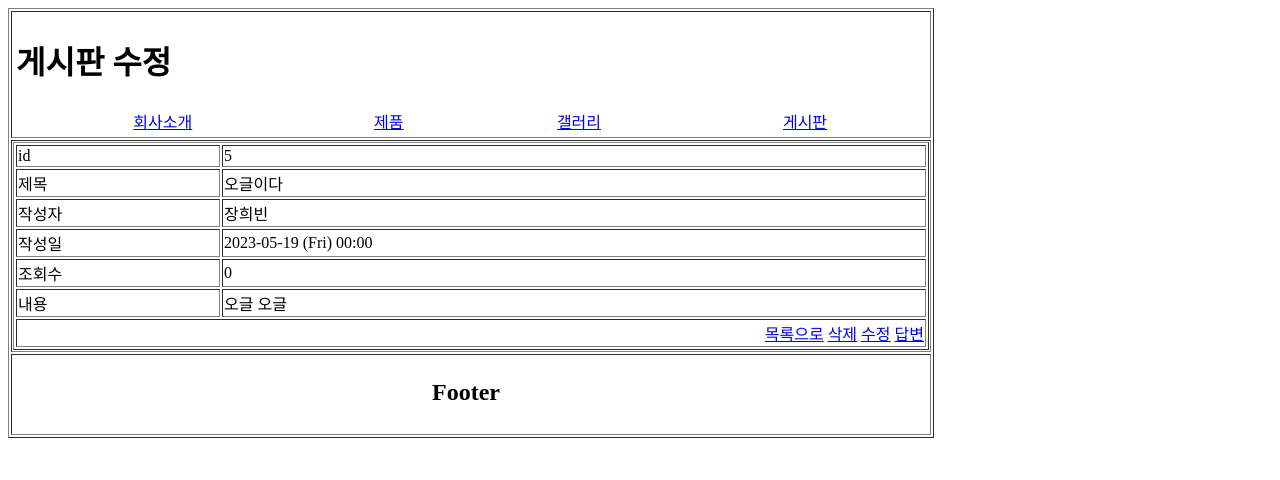
Repository: codingslave2/javaworks2
Page: http://localhost/mvcProj/board/BModifyForm?id=5
These files come from the project's save history. The page is drawn as it stood at one moment and after the next save; the edit follows.
The browser window is 1280 px wide. The pictures show the whole page.
The page is served by Tomcat 9. The database holds what the project's SQL file puts in it.

Above is the page before, as saved 2023-08-04 06:53:55.

After the next save:
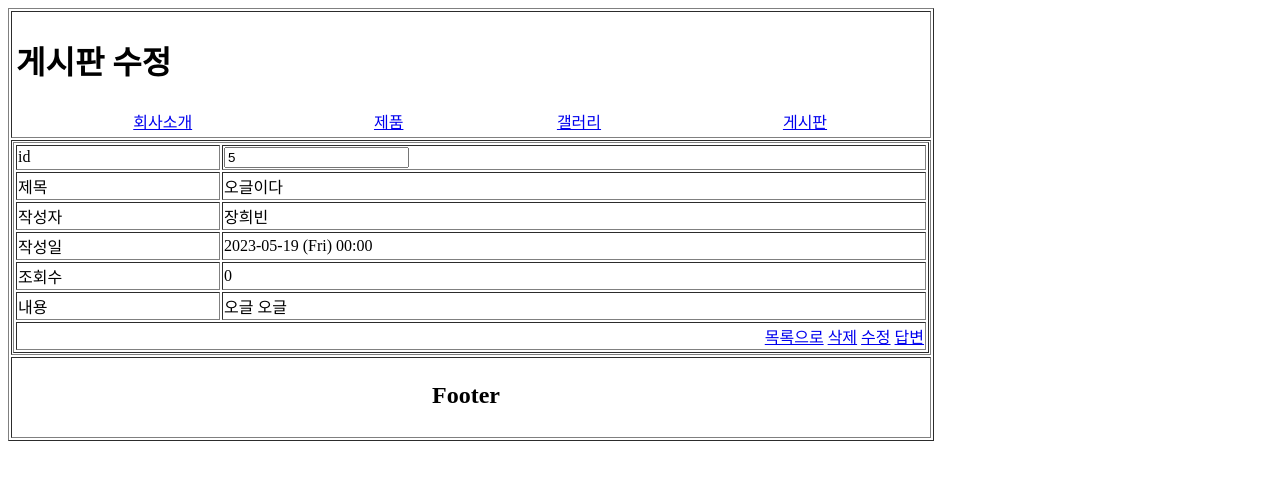
Saved 7 min 44 s later.
--- a/work_java/mvcProj/src/main/webapp/views/board/BModifyForm.jsp
+++ b/work_java/mvcProj/src/main/webapp/views/board/BModifyForm.jsp
@@ -6,7 +6,9 @@
 %>
 <table border="">
 	<tr>
-		<td width="200px">id</td><td width="700px"><%=dto.getId() %></td>
+		<td width="200px">id</td><td width="700px">
+		<input type="text" name="id" readonly="readonly" value="<%=dto.getId() %>">
+		</td>
 	</tr><tr>
 		<td >제목</td><td><%=dto.getTitle() %></td>
 	</tr><tr>
